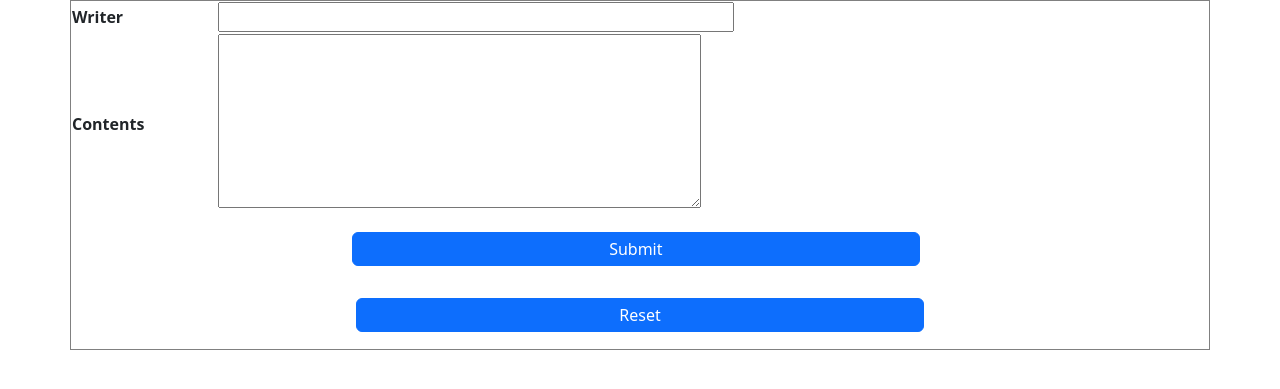
Repository: tomaters/servlets-JSP
Page: jsptest/src/main/webapp/bbs/write2.html
An editor plug-in stored every save of this project. The page is shown before and after the next save, followed by the edit.
The browser window is 1280 px wide. The pictures show the whole page.

Above is the page before, as saved 2023-11-29 05:45:02.

After the next save:
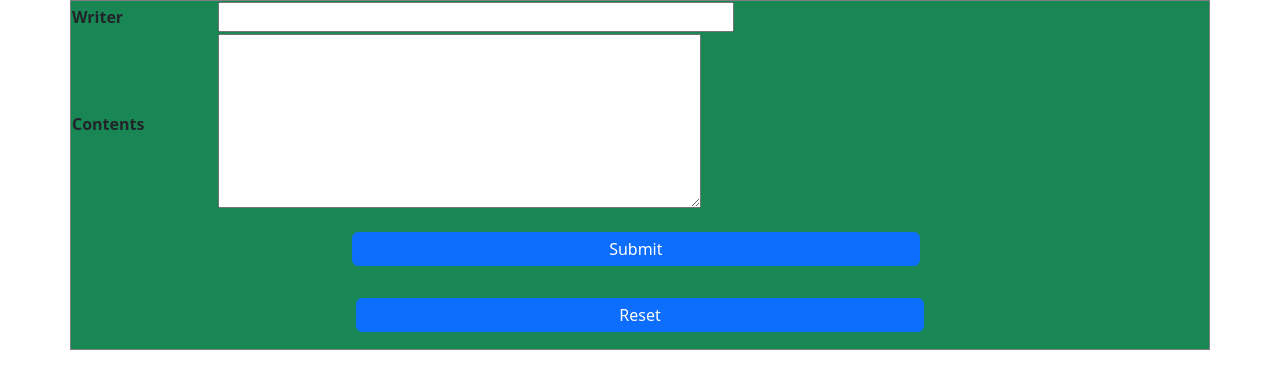
Saved 2 min 13 s later.
--- a/jsptest/src/main/webapp/bbs/write2.html
+++ b/jsptest/src/main/webapp/bbs/write2.html
@@ -9,7 +9,7 @@
 </head>
 <body>
 <form method="post" action="/jsptest/visit">
-      <table align="center" class="container-md" width="500" border="1">
+      <table align="center" class="container-md bg-success" width="500" border="1">
         <tr>
             <th width="70">Writer</th>
         <td width="430">

After the save that followed:
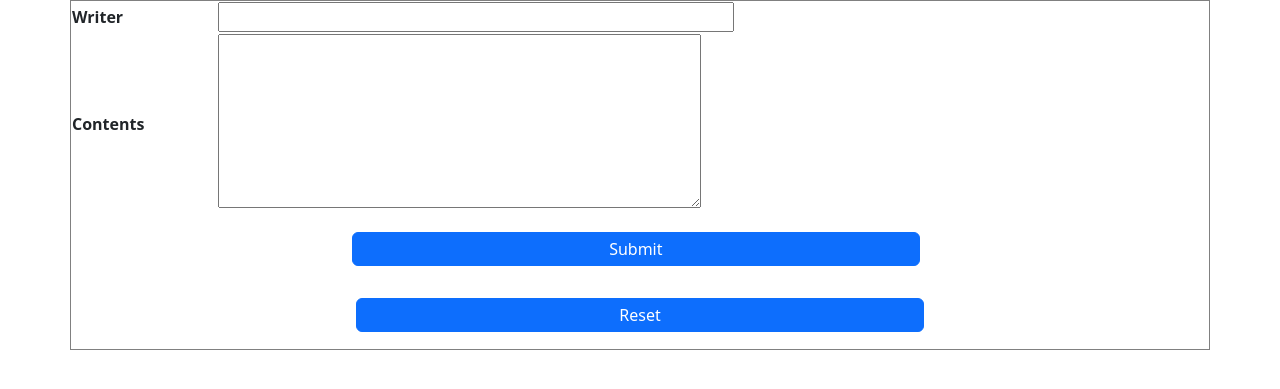
Saved 43 s later.
--- a/jsptest/src/main/webapp/bbs/write2.html
+++ b/jsptest/src/main/webapp/bbs/write2.html
@@ -9,7 +9,7 @@
 </head>
 <body>
 <form method="post" action="/jsptest/visit">
-      <table align="center" class="container-md bg-success" width="500" border="1">
+      <table align="center" class="container-md" width="500" border="1">
         <tr>
             <th width="70">Writer</th>
         <td width="430">
